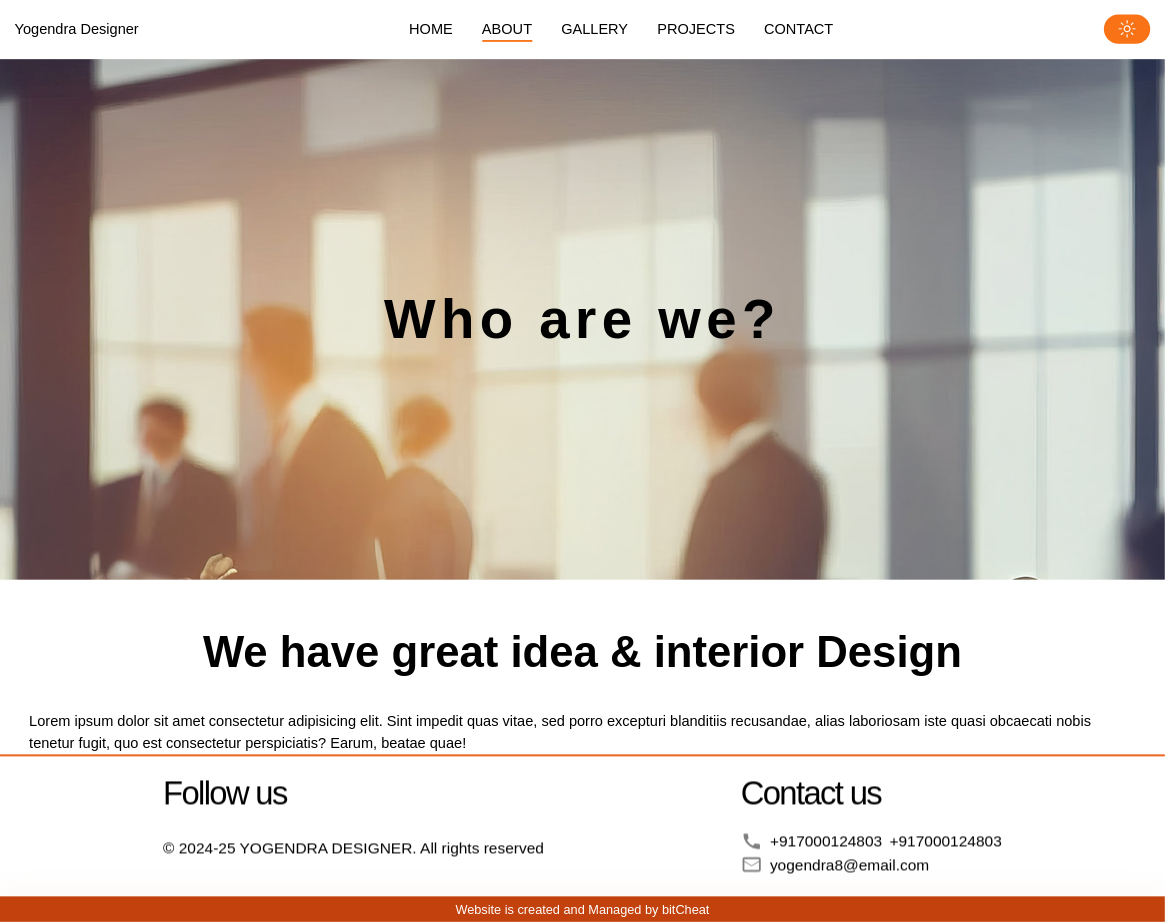
Repository: hitoutvrma/MB_designs-Interior-Designing-website
Page: /about
An editor plug-in stored every save of this project. The page is shown before and after the next save, followed by the edit.
The browser window is 1280 px wide. The pictures show the whole page, at 91% of full size.
The project was rebuilt for these pictures with package versions that can differ from the ones it lists, and the page was loaded fresh each time. The framework's server and built-in components were replaced by stand-ins that run in the browser. Also part of the build but not shown: next.config.mjs.

Above is the page before, as saved 2024-09-16 20:35:29.

### app/layout.js
import localFont from "next/font/local";
import { Sen } from "next/font/google";
import "./globals.css";
import Header from "@/components/ui/Header";
import Footer from "@/components/ui/Footer";
import { ThemeProvider } from "@/components/ThemeProvider";

const josef = Sen({
  subsets:["latin"],
  weight:["400","500","600","700"],
  display:"swap"
})

// const geistSans = localFont({
//   src: "./fonts/GeistVF.woff",
//   variable: "--font-geist-sans",
//   weight: "100 900",
// });
// const geistMono = localFont({
//   src: "./fonts/GeistMonoVF.woff",
//   variable: "--font-geist-mono",
//   weight: "100 900",
// });

export const metadata = {
  title: "Create Next App",
  description: "Generated by create next app",
};

export default function RootLayout({ children }) {
  return (
    <html lang="en" suppressHydrationWarning>
      <body
        className={`${josef.variable} ${josef.variable} overflow-x-hidden antialiased`}
      >
        <ThemeProvider attribute='class' defaultTheme='light'>

        <Header/>
        {children}
        <Footer/>
        </ThemeProvider>
      </body>
    </html>
  );
}

### app/about/page.jsx
import React from 'react'

const page = () => {
  return (
    <div>
      <div className="bg-[url('/image/whoweare.jpg')] bg-center bg-cover">
        <h1 className='container py-32 text-6xl font-semibold text-black tracking-widest text-center lg:py-64'>Who are we?</h1>
      </div>
      <div className='container'>
        <div className='pt-4'>
          <h2 className='text-3xl font-semibold text-center lg:p-10 lg:text-5xl'>We have great idea & interior Design</h2>
          <p>Lorem ipsum dolor sit amet consectetur adipisicing elit. Sint impedit quas vitae, sed porro excepturi blanditiis recusandae, alias laboriosam iste quasi obcaecati nobis tenetur fugit, quo est consectetur perspiciatis? Earum, beatae quae!</p>
        </div>

      </div>
    </div>
  )
}

export default page

### app/globals.css
@tailwind base;
@tailwind components;
@tailwind utilities;


body {
  color: var(--foreground);
  background: var(--background);
  font-family: Arial, Helvetica, sans-serif;
}

@layer utilities {
  .text-balance {
    text-wrap: balance;
  }
}


@layer base {
  :root {
    --background: 0 0% 100%;
    --foreground: 20 14.3% 4.1%;
    --card: 0 0% 100%;
    --card-foreground: 20 14.3% 4.1%;
    --popover: 0 0% 100%;
    --popover-foreground: 20 14.3% 4.1%;
    --primary: 24.6 95% 53.1%;
    --primary-foreground: 60 9.1% 97.8%;
    --secondary: 60 4.8% 95.9%;
    --secondary-foreground: 24 9.8% 10%;
    --muted: 60 4.8% 95.9%;
    --muted-foreground: 25 5.3% 44.7%;
    --accent: 60 4.8% 95.9%;
    --accent-foreground: 24 9.8% 10%;
    --destructive: 0 84.2% 60.2%;
    --destructive-foreground: 60 9.1% 97.8%;
    --border: 20 5.9% 90%;
    --input: 20 5.9% 90%;
    --ring: 24.6 95% 53.1%;
    --radius: 0.5rem;
    --chart-1: 12 76% 61%;
    --chart-2: 173 58% 39%;
    --chart-3: 197 37% 24%;
    --chart-4: 43 74% 66%;
    --chart-5: 27 87% 67%;
  }

  .dark {
    --background: 20 14.3% 4.1%;
    --foreground: 60 9.1% 97.8%;
    --card: 20 14.3% 4.1%;
    --card-foreground: 60 9.1% 97.8%;
    --popover: 20 14.3% 4.1%;
    --popover-foreground: 60 9.1% 97.8%;
    --primary: 20.5 90.2% 48.2%;
    --primary-foreground: 60 9.1% 97.8%;
    --secondary: 12 6.5% 15.1%;
    --secondary-foreground: 60 9.1% 97.8%;
    --muted: 12 6.5% 15.1%;
    --muted-foreground: 24 5.4% 63.9%;
    --accent: 12 6.5% 15.1%;
    --accent-foreground: 60 9.1% 97.8%;
    --destructive: 0 72.2% 50.6%;
    --destructive-foreground: 60 9.1% 97.8%;
    --border: 12 6.5% 15.1%;
    --input: 12 6.5% 15.1%;
    --ring: 20.5 90.2% 48.2%;
    --chart-1: 220 70% 50%;
    --chart-2: 160 60% 45%;
    --chart-3: 30 80% 55%;
    --chart-4: 280 65% 60%;
    --chart-5: 340 75% 55%;
  }
}



@layer base {
  * {
    @apply border-border;
  }
  body {
    @apply bg-background text-foreground;
  }
}

.h1{
  @apply text-6xl xl:text-[72px] xl:leading-[80px] tracking-[-2px] font-bold mb-5 mt-4;
}

### components/ui/Header.jsx
'use client';
import React from 'react'
 import ThemeToggler from '../ThemeToggler'
import MobileNavigation from './MobileNavigation';
import Nav from './Nav';
const Header = () => {
  return (
    <div className='flex justify-between p-4 items-center '>
      <div>Yogendra Designer</div>
      <Nav containerStyles='hidden xl:flex gap-8 items-center' linkStyles='relative hover:text-primary transition-all' underlineStyles ='absolute left-0 top-full h-[2px] bg-primary w-full'
      />
      <div className='flex gap-2 items-center'>

      <ThemeToggler/>
      <div className='xl:hidden'>

      <MobileNavigation/>
      </div>
      </div>
    </div>
  )
}

export default Header

### components/ui/Footer.jsx
import React from 'react'

const Footer = () => {
  return (
    <div className='w-screen'>

    <div class="sm:flex justify-between  border-t-2 border-t-orange-600  backdrop-blur-lg sm:px-[14vw] px-4 py-[3vh] text-[17px] ">
  <div className='mb-8 sm:mb-0'>
    <head>
    <link rel="stylesheet" href="https://cdnjs.cloudflare.com/ajax/libs/font-awesome/6.0.0-beta3/css/all.min.css"/>

    </head>
    <h1 class="pb-5 text-4xl tracking-tighter">Follow us</h1>
    <div className='flex gap-x-6 pb-2 text-4xl'>
    <a href="https://instagram/hitoutvrma" className="text-gray-600 hover:text-pink-500 transition-transform duration-300 transform hover:scale-110"><i class="fa-brands fa-instagram" ></i></a>
      <a href="https://www.linkedin.com/in/hitesh-verma-3695b0254/" className="text-gray-600 hover:text-blue-700 transition-transform duration-300 transform hover:scale-110"><i class="fa-brands fa-linkedin"></i></a>
      <a href="https://x.com/hitesh_404" className="text-gray-600 hover:text-blue-700 transition-transform duration-300 transform hover:scale-110"><i class="fa-brands fa-facebook"></i></a>
    </div>
    <div className='sm:block hidden'>&copy; 2024-25 YOGENDRA DESIGNER. All rights reserved</div>
  </div>
  <div>
    <h1 class="pb-5 text-4xl tracking-tighter">Contact us</h1>
    <div class="flex gap-x-2">
      <svg class="text" xmlns="http://www.w3.org/2000/svg" viewBox="0 0 24 24" width="24" height="24" fill="gray">
        <path d="M6.62 10.79a15.533 15.533 0 006.59 6.59l2.2-2.2a1 1 0 011.09-.27c1.12.37 2.33.57 3.6.57a1 1 0 011 1V20a1 1 0 01-1 1C10.29 21 3 13.71 3 5a1 1 0 011-1h3.01a1 1 0 011 1c0 1.27.2 2.48.57 3.6a1 1 0 01-.27 1.09l-2.2 2.2z" />
      </svg>
      <a href="tel:+917000124803" class="hover:underline">+917000124803</a>
      <a href="tel:+917000124803" class="hover:underline">+917000124803</a>
    </div>
    <div class="flex gap-x-2">
      <svg xmlns="http://www.w3.org/2000/svg" viewBox="0 0 24 24" width="24" height="24" fill="gray">
        <path d="M20 4H4a2 2 0 00-2 2v12a2 2 0 002 2h16a2 2 0 002-2V6a2 2 0 00-2-2zM4 6h16v2l-8 5-8-5V6zm0 12V9l7.39 4.62a1 1 0 001.22 0L20 9v9H4z" />
      </svg>
      <a href="mailto:example@email.com" class="hover:underline">yogendra8@email.com</a>
    </div>
  </div>
    </div>
  <div className='flex items-center justify-center p-1 text-sm bg-orange-700 text-white border-t-orange-600'>Website is created and Managed by bitCheat</div>
</div>

  )
}

export default Footer

### components/ThemeProvider.jsx
'use client';

import { ThemeProvider as NextThemesProvider } from "next-themes";

export function ThemeProvider({ children, ...props }) {
    return <NextThemesProvider {...props}>
        { children }
    </NextThemesProvider>
}

### components/ThemeToggler.jsx
import { Button } from "./ui/button";
import { useTheme } from "next-themes";
import { SunIcon, MoonIcon } from "@radix-ui/react-icons";

const ThemeToggler = () => {
    const { theme, setTheme } = useTheme();

  return (
    <div>
      <Button  onClick={()=>setTheme(theme==='dark'?'light':'dark')}>
        <SunIcon className="h-[1.2rem] w-[1.2rem] scale-100 rotate-0 transition-all dark:rotate-90 dark:scale-0"/>
        <MoonIcon className="w-[1rem] absolute scale-0 rotate-90 transition-all dark:rotate-0 dark:scale-100"/>
      </Button>
    </div>
  )
}

export default ThemeToggler

### components/ui/MobileNavigation.jsx
import React from 'react'

import {Sheet, SheetContent, SheetTrigger} from '@/components/ui/sheet';
import Nav from './Nav';
import { AlignJustify } from 'lucide-react';

const MobileNavigation = () => {
  return (
    <Sheet>
        <SheetTrigger asChild>
            <AlignJustify className='cursor-pointer'/>
        </SheetTrigger>
        <SheetContent>
            <div className='p-3 flex flex-col items-center'>
                <div>
                    <div>Yogendra designer</div>
                    <Nav containerStyles='flex flex-col items-center gap-y-2' linkStyles='text-1xl '/>
                </div>
            </div>
        </SheetContent>
    </Sheet>
  )
}

export default MobileNavigation

### components/ui/Nav.jsx
//Hooks

import { usePathname } from "next/navigation";
import { motion } from "framer-motion";
import Link from "next/link";

const links = [
    {
        path:'/',name:'home'
    },
    {
        path:'/about',name:'about'
    },
    {
        path:'/gallery',name:'gallery'
    },
    {
        path:'/projects',name:'projects'
    },
    {
        path:'/contact',name:'contact'
    },
]
const Nav = ({ containerStyles, linkStyles, underlineStyles } ) => {

    const path = usePathname();
  return (
    <div className={`${containerStyles}`} >
        {
            links.map((link,index) =>{
                return(
                    <Link href={link.path}
                    key={index} className={`uppercase ${linkStyles}`}>
                        {link.path===path && (
                            <motion.span
                            initial={{y:'-100%'}}
                            animate={{y:0}}
                            transition={{ type:'tween'}}
                            layoutId="underline"
                            className={`${underlineStyles}`}
                            />
                        )}
                        {link.name}

                    </Link>
                )
            })
        }
      </div>
  )
}

export default Nav

### components/ui/button.jsx
import * as React from "react"
import { Slot } from "@radix-ui/react-slot"
import { cva } from "class-variance-authority";

import { cn } from "@/lib/utils"

const buttonVariants = cva(
  "inline-flex items-center justify-center whitespace-nowrap rounded-full text-base font-medium ring-offset-background transition-colors focus-visible:outline-none focus-visible:ring-2 focus-visible:ring-ring focus-visible:ring-offset-2 disabled:pointer-events-none disabled:opacity-50",
  {
    variants: {
      variant: {
        default: "bg-primary text-primary-foreground hover:bg-primary/90",
        destructive:
          "bg-destructive text-destructive-foreground hover:bg-destructive/90",
        outline:
          "border border-input bg-background hover:bg-accent hover:text-accent-foreground",
        secondary:
          "bg-secondary text-secondary-foreground hover:bg-secondary/80",
        ghost: "hover:bg-accent hover:text-accent-foreground",
        link: "text-primary underline-offset-4 hover:underline",
      },
      size: {
        default: "sm:h-[2.5vw] h-[7vw] px-4 py-2",
        sm: "h-9 rounded-md px-3",
        lg: "h-11 rounded-md px-8",
        icon: "h-10 w-10",
      },
    },
    defaultVariants: {
      variant: "default",
      size: "default",
    },
  }
)

const Button = React.forwardRef(({ className, variant, size, asChild = false, ...props }, ref) => {
  const Comp = asChild ? Slot : "button"
  return (
    (<Comp
      className={cn(buttonVariants({ variant, size, className }))}
      ref={ref}
      {...props} />)
  );
})
Button.displayName = "Button"

export { Button, buttonVariants }

### components/ui/sheet.jsx
"use client";
import * as React from "react"
import * as SheetPrimitive from "@radix-ui/react-dialog"
import { cva } from "class-variance-authority";
import { X } from "lucide-react"

import { cn } from "@/lib/utils"

const Sheet = SheetPrimitive.Root

const SheetTrigger = SheetPrimitive.Trigger

const SheetClose = SheetPrimitive.Close

const SheetPortal = SheetPrimitive.Portal

const SheetOverlay = React.forwardRef(({ className, ...props }, ref) => (
  <SheetPrimitive.Overlay
    className={cn(
      "fixed inset-0 z-50 bg-black/80  data-[state=open]:animate-in data-[state=closed]:animate-out data-[state=closed]:fade-out-0 data-[state=open]:fade-in-0",
      className
    )}
    {...props}
    ref={ref} />
))
SheetOverlay.displayName = SheetPrimitive.Overlay.displayName

const sheetVariants = cva(
  "fixed z-50 gap-4 bg-background p-6 shadow-lg transition ease-in-out data-[state=open]:animate-in data-[state=closed]:animate-out data-[state=closed]:duration-300 data-[state=open]:duration-500",
  {
    variants: {
      side: {
        top: "inset-x-0 top-0 border-b data-[state=closed]:slide-out-to-top data-[state=open]:slide-in-from-top",
        bottom:
          "inset-x-0 bottom-0 border-t data-[state=closed]:slide-out-to-bottom data-[state=open]:slide-in-from-bottom",
        left: "inset-y-0 left-0 h-full w-3/4 border-r data-[state=closed]:slide-out-to-left data-[state=open]:slide-in-from-left sm:max-w-sm",
        right:
          "inset-y-0 right-0 h-full w-3/4  border-l data-[state=closed]:slide-out-to-right data-[state=open]:slide-in-from-right sm:max-w-sm",
      },
    },
    defaultVariants: {
      side: "right",
    },
  }
)

const SheetContent = React.forwardRef(({ side = "right", className, children, ...props }, ref) => (
  <SheetPortal>
    <SheetOverlay />
    <SheetPrimitive.Content ref={ref} className={cn(sheetVariants({ side }), className)} {...props}>
      {children}
      <SheetPrimitive.Close
        className="absolute right-4 top-4 rounded-sm opacity-70 ring-offset-background transition-opacity hover:opacity-100 focus:outline-none focus:ring-2 focus:ring-ring focus:ring-offset-2 disabled:pointer-events-none data-[state=open]:bg-secondary">
        <X className="h-4 w-4" />
        <span className="sr-only">Close</span>
      </SheetPrimitive.Close>
    </SheetPrimitive.Content>
  </SheetPortal>
))
SheetContent.displayName = SheetPrimitive.Content.displayName

const SheetHeader = ({
  className,
  ...props
}) => (
  <div
    className={cn("flex flex-col space-y-2 text-center sm:text-left", className)}
    {...props} />
)
SheetHeader.displayName = "SheetHeader"

const SheetFooter = ({
  className,
  ...props
}) => (
  <div
    className={cn("flex flex-col-reverse sm:flex-row sm:justify-end sm:space-x-2", className)}
    {...props} />
)
SheetFooter.displayName = "SheetFooter"

const SheetTitle = React.forwardRef(({ className, ...props }, ref) => (
  <SheetPrimitive.Title
    ref={ref}
    className={cn("text-lg font-semibold text-foreground", className)}
    {...props} />
))
SheetTitle.displayName = SheetPrimitive.Title.displayName

const SheetDescription = React.forwardRef(({ className, ...props }, ref) => (
  <SheetPrimitive.Description
    ref={ref}
    className={cn("text-sm text-muted-foreground", className)}
    {...props} />
))
SheetDescription.displayName = SheetPrimitive.Description.displayName

export {
  Sheet,
  SheetPortal,
  SheetOverlay,
  SheetTrigger,
  SheetClose,
  SheetContent,
  SheetHeader,
  SheetFooter,
  SheetTitle,
  SheetDescription,
}

### tailwind.config.js
/** @type {import('tailwindcss').Config} */
module.exports = {
	darkMode: ["class"], // Dark mode setting
	content: [
	  "./pages/**/*.{js,ts,jsx,tsx,mdx}",
	  "./components/**/*.{js,ts,jsx,tsx,mdx}",
	  "./app/**/*.{js,ts,jsx,tsx,mdx}",
	],
	theme: {
	  // Container customization
	  container: {
		center: true, // Centers the container horizontally
		padding: '2rem', // Adds 1rem of padding (16px) on all sides
		screens: {
		  sm: '100%',  // Container takes 100% width on small screens
		  md: '100%',  // Container takes 100% width on medium screens
		  lg: '1024px', // Container is 1024px wide on large screens
		  xl: '1280px', // Container is 1280px wide on extra-large screens
		  '2xl': '1536px', // Container is 1536px wide on 2XL screens
		},
	  },
	  extend: {
		// Extending color palette
		colors: {
		  background: 'hsl(var(--background))',
		  foreground: 'hsl(var(--foreground))',
		  card: {
			DEFAULT: 'hsl(var(--card))',
			foreground: 'hsl(var(--card-foreground))',
		  },
		  popover: {
			DEFAULT: 'hsl(var(--popover))',
			foreground: 'hsl(var(--popover-foreground))',
		  },
		  primary: {
			DEFAULT: 'hsl(var(--primary))',
			foreground: 'hsl(var(--primary-foreground))',
		  },
		  secondary: {
			DEFAULT: 'hsl(var(--secondary))',
			foreground: 'hsl(var(--secondary-foreground))',
		  },
		  muted: {
			DEFAULT: 'hsl(var(--muted))',
			foreground: 'hsl(var(--muted-foreground))',
		  },
		  accent: {
			DEFAULT: 'hsl(var(--accent))',
			foreground: 'hsl(var(--accent-foreground))',
		  },
		  destructive: {
			DEFAULT: 'hsl(var(--destructive))',
			foreground: 'hsl(var(--destructive-foreground))',
		  },
		  border: 'hsl(var(--border))',
		  input: 'hsl(var(--input))',
		  ring: 'hsl(var(--ring))',
		  chart: {
			'1': 'hsl(var(--chart-1))',
			'2': 'hsl(var(--chart-2))',
			'3': 'hsl(var(--chart-3))',
			'4': 'hsl(var(--chart-4))',
			'5': 'hsl(var(--chart-5))',
		  },
		},
		// Extending border radius
		borderRadius: {
		  lg: 'var(--radius)',
		  md: 'calc(var(--radius) - 2px)',
		  sm: 'calc(var(--radius) - 4px)',
		},
	  },
	},
	plugins: [require("tailwindcss-animate")],
  };

Loaded but not shown: lib/utils.js (common file)

After the next save:
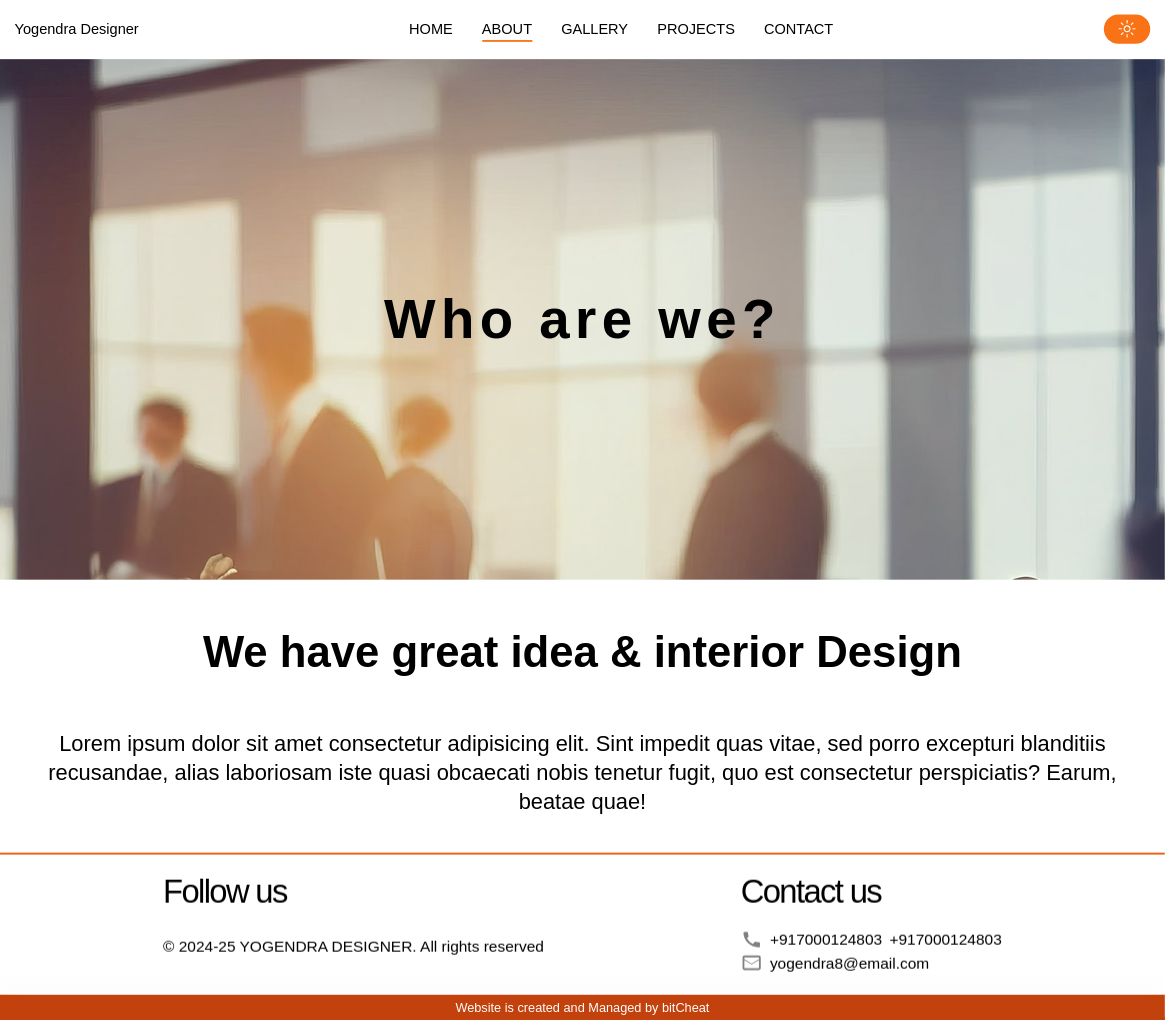
Saved 64 s later.
--- a/app/about/page.jsx
+++ b/app/about/page.jsx
@@ -9,7 +9,7 @@ const page = () => {
       <div className='container'>
         <div className='pt-4'>
           <h2 className='text-3xl font-semibold text-center lg:p-10 lg:text-5xl'>We have great idea & interior Design</h2>
-          <p>Lorem ipsum dolor sit amet consectetur adipisicing elit. Sint impedit quas vitae, sed porro excepturi blanditiis recusandae, alias laboriosam iste quasi obcaecati nobis tenetur fugit, quo est consectetur perspiciatis? Earum, beatae quae!</p>
+          <p className='text-2xl text-center font-medium pb-10 mt-5'>Lorem ipsum dolor sit amet consectetur adipisicing elit. Sint impedit quas vitae, sed porro excepturi blanditiis recusandae, alias laboriosam iste quasi obcaecati nobis tenetur fugit, quo est consectetur perspiciatis? Earum, beatae quae!</p>
         </div>
 
       </div>
